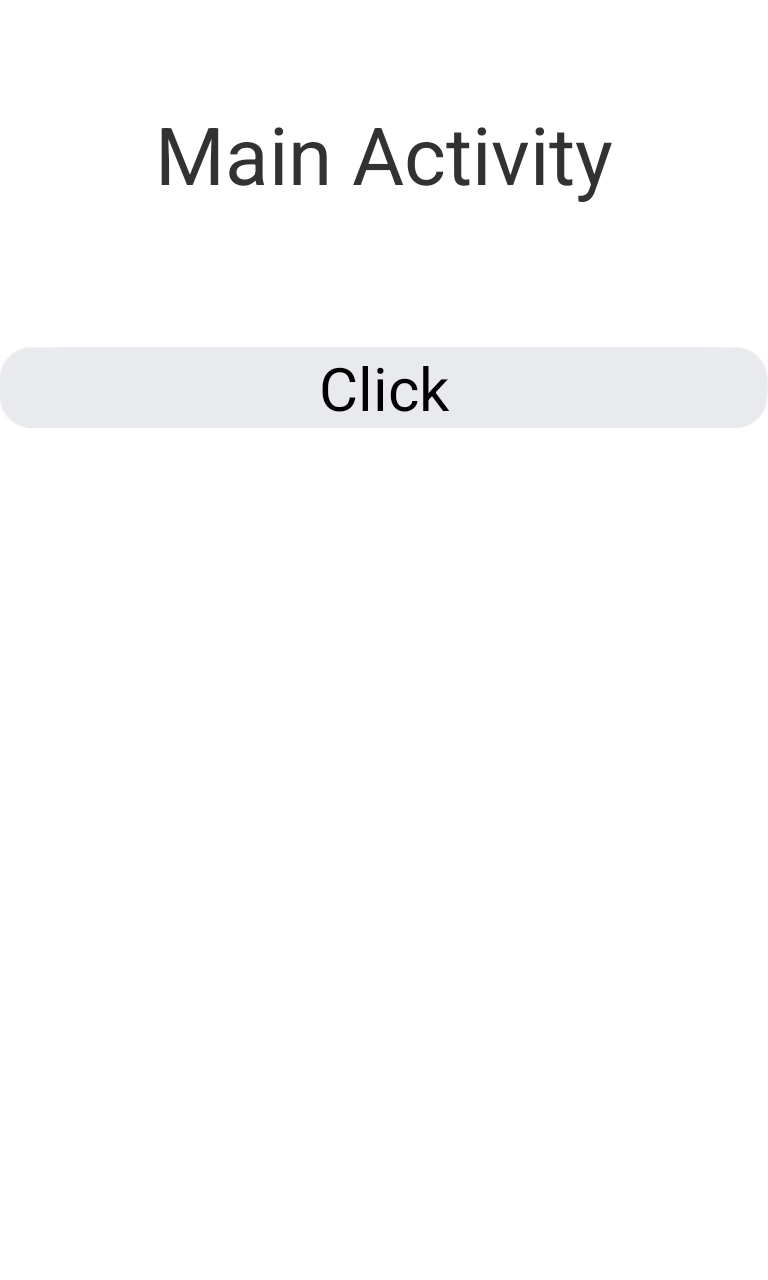
Repository: CiLiNet-Android/courseware
Layout: Android用户界面/Button/SourceCodes/ButtonDemo/res/layout/activity_main.xml
The author's editor kept a copy of each file at every save. The layout is drawn from the files as they stood at one save, then again after the next save.
It is drawn on a 768 x 1280 px phone screen (xhdpi) without system bars, with theme AppTheme; the app's code is not run.

Above is the layout before, as saved 2014-02-23 08:16:51.

### Android用户界面/Button/SourceCodes/ButtonDemo/res/layout/activity_main.xml
<?xml version="1.0" encoding="utf-8"?>
<LinearLayout xmlns:android="http://schemas.android.com/apk/res/android"
    android:layout_width="match_parent"
    android:layout_height="match_parent"
    android:orientation="vertical"
    android:gravity="center_horizontal">

    <TextView
        android:layout_width="match_parent"
        android:layout_height="wrap_content"
        android:gravity="center_horizontal"
        android:layout_marginTop="50dp"
        android:textSize="40sp"
        android:text="Main Activity"/>

    <Button
        android:layout_width="match_parent"
        android:layout_height="wrap_content"
        android:layout_marginTop="70dp"
        android:textSize="30sp"
        android:text="Click"
        android:background="@drawable/bg_delwords_nor"
        android:id="@+id/btn_clickButton"/>

</LinearLayout>

Loaded but not shown: Android用户界面/Button/SourceCodes/ButtonDemo/res/values/styles.xml (common file)

After the next save:
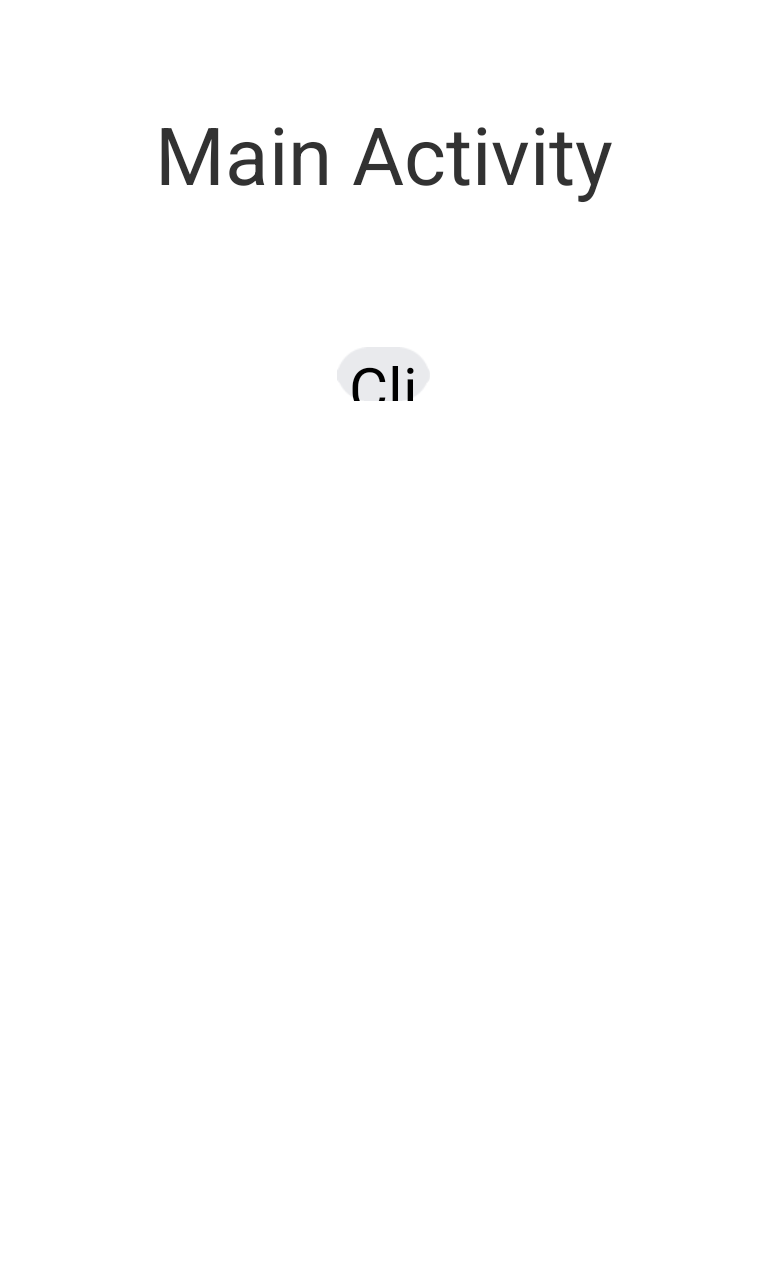
Saved 20 min 29 s later.
--- a/Android用户界面/Button/SourceCodes/ButtonDemo/res/layout/activity_main.xml
+++ b/Android用户界面/Button/SourceCodes/ButtonDemo/res/layout/activity_main.xml
@@ -14,8 +14,8 @@
         android:text="Main Activity"/>
 
     <Button
-        android:layout_width="match_parent"
-        android:layout_height="wrap_content"
+        android:layout_width="93px"
+        android:layout_height="54px"
         android:layout_marginTop="70dp"
         android:textSize="30sp"
         android:text="Click"

After the save that followed:
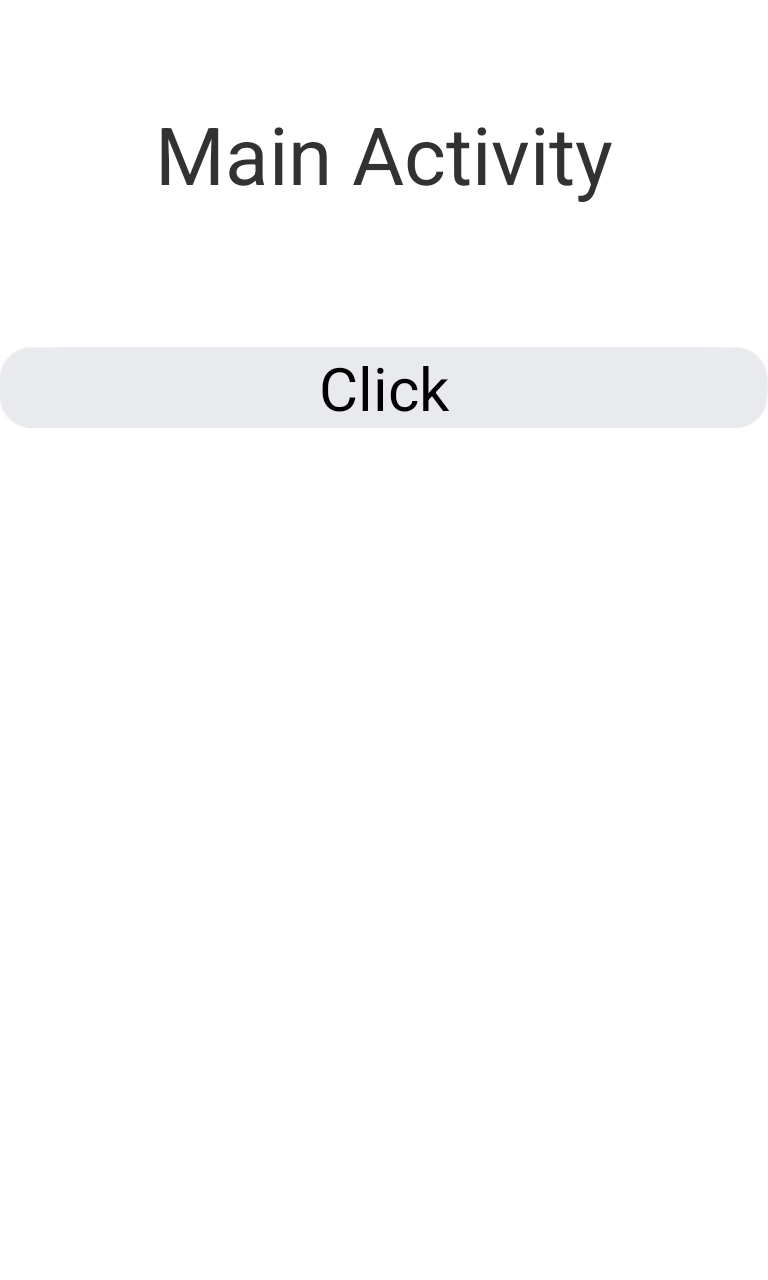
Saved 40 s later.
--- a/Android用户界面/Button/SourceCodes/ButtonDemo/res/layout/activity_main.xml
+++ b/Android用户界面/Button/SourceCodes/ButtonDemo/res/layout/activity_main.xml
@@ -14,8 +14,8 @@
         android:text="Main Activity"/>
 
     <Button
-        android:layout_width="93px"
-        android:layout_height="54px"
+        android:layout_width="match_parent"
+        android:layout_height="wrap_content"
         android:layout_marginTop="70dp"
         android:textSize="30sp"
         android:text="Click"
